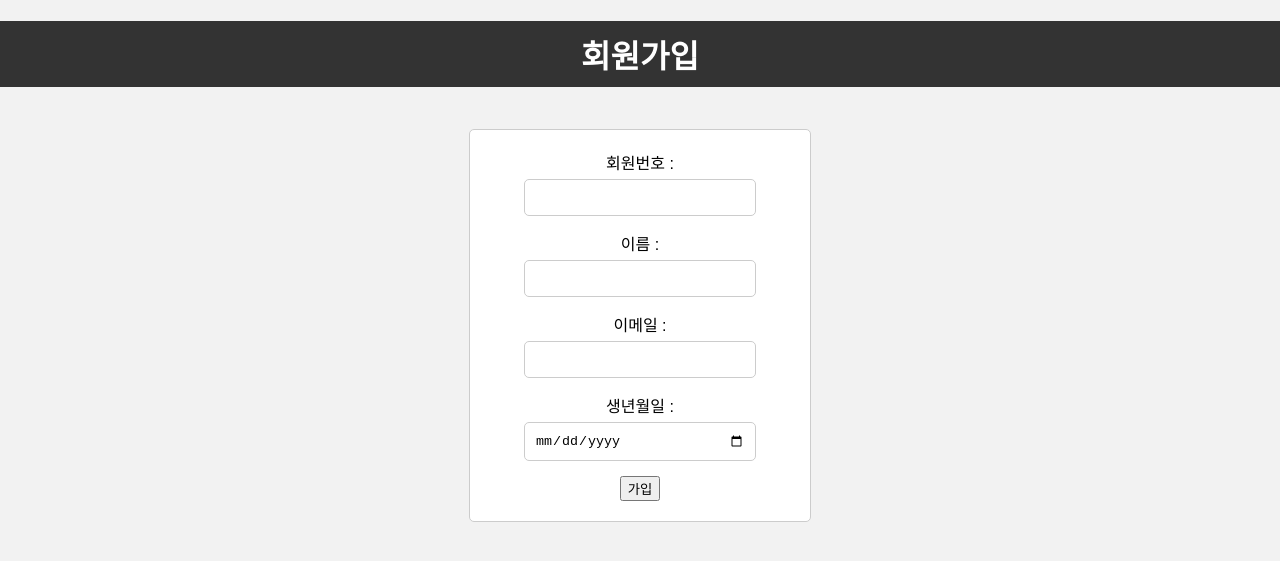
Repository: saahhh/Servlet-JSP-Workspace
Page: http://localhost/join/register.jsp
An editor plug-in stored every save of this project. The page is shown before and after the next save, followed by the edit.
The browser window is 1280 px wide. The pictures show the whole page.
The page is served by Tomcat 9. Other server files are loaded and not shown.

Above is the page before, as saved 2023-11-07 03:34:58.

### join/src/main/webapp/register.jsp
<%@ page language="java" contentType="text/html; charset=EUC-KR"
    pageEncoding="EUC-KR"%>
<!DOCTYPE html>
<html>
<head>
<meta charset="EUC-KR">
<title>회원가입창</title>
<link rel="stylesheet" type="text/css" href="styles.css">
</head>
<body>
<h1>회원가입</h1>
<form action="/RegisterServlet" method="post">
	<label for="mno">회원번호 : </label>
	<input type="text" id="mno" name="mno" required><br>

	<label for="mname">이름 : </label>
	<input type="text" id="mname" name="mname" required><br>

	<label for="memail">이메일 : </label>
	<input type="email" id="memail" name="memail" required><br>

	<label for="mbirth">생년월일 : </label>
	<input type="date" id="mbirth" name="mbirth" required><br>

	<input type="submit" value="가입">

</form>

</body>
</html>

### join/src/main/webapp/styles.css
/* 전체 페이지 스타일 */
body {
    font-family: Arial, sans-serif;
    background-color: #f2f2f2;
    margin: 0;
    padding: 0;
     text-align: center;
}

h1 {
    background-color: #333;
    color: #fff;
    padding: 10px;
    text-align: center;
}

/* 폼 스타일 */
form {
    background-color: #fff;
    border: 1px solid #ccc;
    border-radius: 5px;
    padding: 20px;
    margin: 20px;
    width: 300px;
    display: inline-block;
}

/* 레이블 스타일 */
label {
    display: block;
    margin-bottom: 5px;
}

/* 입력 필드 스타일 */
input[type="text"],
input[type="email"],
input[type="date"] {
    width: 70%;
    padding: 10px;
    margin-bottom: 15px;
    border: 1px solid #ccc;
    border-radius: 5px;
}

/* 버튼



table {
    width: 80%;
    margin: 20px auto;
    border-collapse: collapse;
    background-color: #fff;
}

table, th, td {
    border: 1px solid #ccc;
}

th, td {
    padding: 10px;
    text-align: left;
}

tr:nth-child(even) {
    background-color: #f2f2f2;
}

tr:hover {
    background-color: #e0e0e0;
}

After the next save:
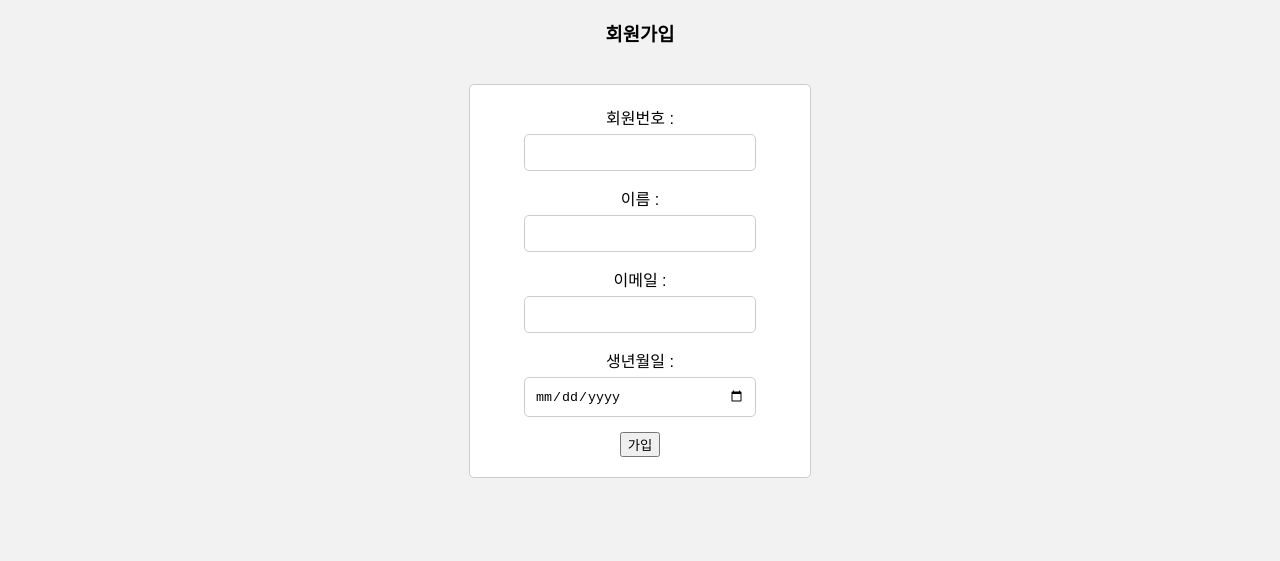
Saved 8 min 23 s later.
--- a/join/src/main/webapp/register.jsp
+++ b/join/src/main/webapp/register.jsp
@@ -3,13 +3,13 @@
 <!DOCTYPE html>
 <html>
 <head>
-<meta charset="EUC-KR">
+<meta charset="UTF-8">
 <title>회원가입창</title>
 <link rel="stylesheet" type="text/css" href="styles.css">
 </head>
 <body>
-<h1>회원가입</h1>
-<form action="/RegisterServlet" method="post">
+<h3>회원가입</h3>
+<form action="RegisterServlet" method="post">
 	<label for="mno">회원번호 : </label>
 	<input type="text" id="mno" name="mno" required><br>
 
